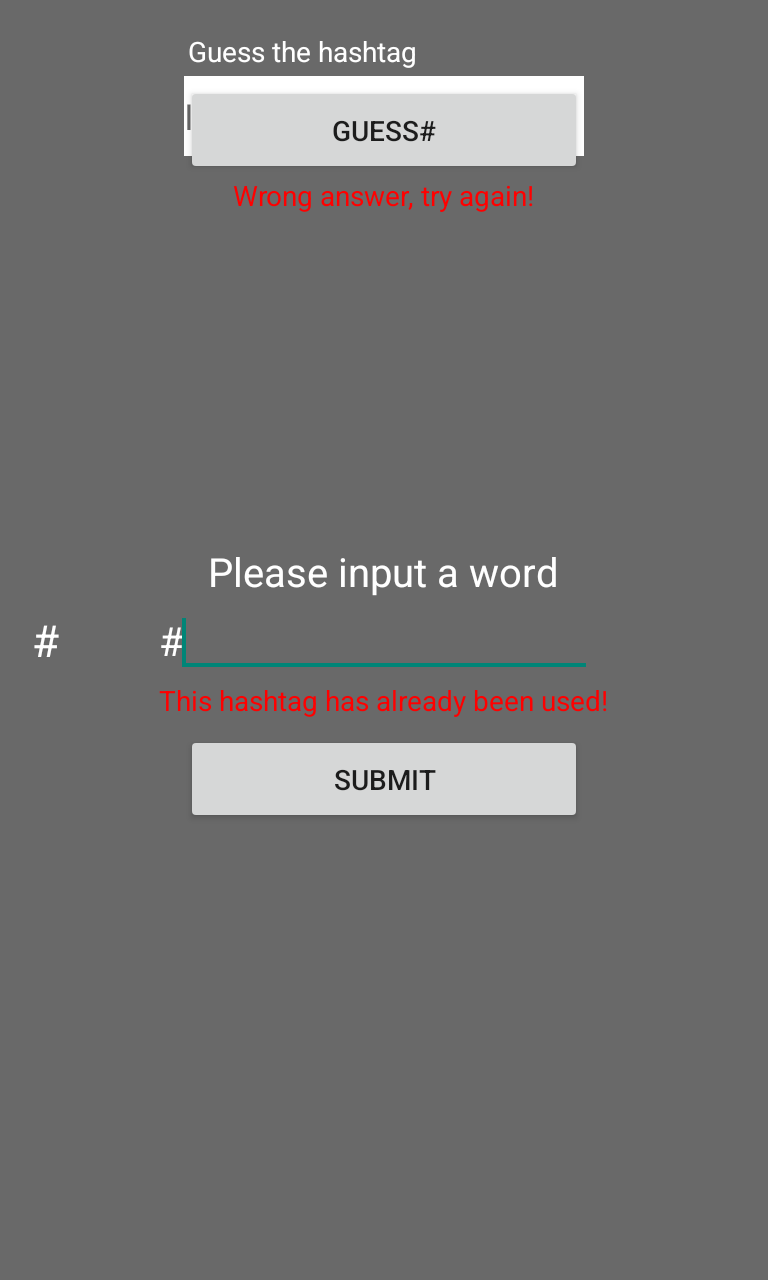
Repository: Hannanina/GuessTag
Layout: GuessTag/res/layout/activity_input_tag.xml
An editor plug-in stored every save of this project. The layout is shown before and after a run of saves, followed by the edit.
It is drawn on a 768 x 1280 px phone screen (xhdpi) without system bars, with theme AppTheme; the app's code is not run.

Above is the layout before, as saved 2014-12-17 11:34:55.

### GuessTag/res/layout/activity_input_tag.xml
<RelativeLayout xmlns:android="http://schemas.android.com/apk/res/android"
    xmlns:tools="http://schemas.android.com/tools"
    android:layout_width="match_parent"
    android:layout_height="match_parent"
    android:paddingBottom="@dimen/activity_vertical_margin"
    android:paddingLeft="@dimen/activity_horizontal_margin"
    android:paddingRight="@dimen/activity_horizontal_margin"
    android:paddingTop="@dimen/activity_vertical_margin"
    android:background="@color/DimGray"
    tools:context="com.example.guesstag.InputTagActivity" >

    <LinearLayout
        android:id="@+id/input_container"
        android:orientation="vertical"
        android:layout_width="200dp"
        android:layout_height="72dp"
        android:layout_centerHorizontal="true"
        android:layout_below="@+id/bottom_image_container" >
   		<TextView
        	android:id="@+id/guess_the_hashtag"
        	android:layout_width="wrap_content"
	    	android:layout_height="wrap_content"
	    	android:layout_marginLeft="2dp"
	    	android:layout_marginBottom="3dp"
	    	android:text="@string/guess_the_hashtag"
	    	android:textColor="@color/White">
    	</TextView>
    	<EditText
        	android:id="@+id/input_game_name"
        	android:layout_width="match_parent"
        	android:layout_height="40dp"
        	android:layout_gravity="center"
        	android:background="@color/White"
        	android:ems="10"
        	android:hint="@string/input_game_name" >
        	<requestFocus />
    	</EditText>
    </LinearLayout>
    <TextView
        android:id="@+id/hashtag_sign"
        android:layout_width="wrap_content"
        android:layout_height="wrap_content"
        android:layout_toLeftOf="@+id/input_container"
        android:layout_centerVertical="true"
        android:text="@string/hashtag_sign"
        android:textSize="20sp"
     	android:textColor="@color/White" >
    </TextView>
    <TextView
       	android:id="@+id/used_tag"
        android:layout_width="wrap_content"
        android:layout_height="wrap_content"
        android:layout_centerHorizontal="true"
        android:layout_below="@+id/input_container"
        android:text="@string/wrong_answer"
        android:textColor="@color/Red"
        android:textAppearance="?android:attr/textAppearanceSmall" >
    </TextView>
    <Button
        android:id="@+id/buttonSubmit"
  	    android:layout_width="200dp"
	    android:layout_height="48dp"
        android:layout_below="@+id/wrong_answer"
        android:layout_centerHorizontal="true"
        android:layout_marginTop="25dp"
        android:text="@string/guess_tag"
        android:onClick="onClickSubmit" >
    </Button>




    <TextView
        android:id="@+id/textView1"
        android:layout_width="wrap_content"
        android:layout_height="wrap_content"
        android:textSize="20sp"
        android:layout_above="@+id/inputText"
        android:layout_centerHorizontal="true"
  	    android:textColor="@color/White"
        android:text="Please input a word" />

    <TextView
        android:id="@+id/textView2"
        android:layout_width="wrap_content"
        android:layout_height="wrap_content"
        android:layout_alignParentLeft="true"
        android:layout_centerVertical="true"
        android:text="#"
     	android:textColor="@color/White"
        android:textAppearance="?android:attr/textAppearanceLarge" />

    <EditText
        android:id="@+id/inputText"
        android:layout_width="wrap_content"
        android:layout_height="wrap_content"
        android:layout_alignBaseline="@+id/textView2"
        android:layout_alignBottom="@+id/textView2"
        android:layout_centerHorizontal="true"
        android:ems="10" >
        <requestFocus />
    </EditText>

    <Button
        android:id="@+id/buttonSubmit"
  	    android:layout_width="200dp"
	    android:layout_height="48dp"
        android:layout_below="@+id/inputText"
        android:layout_centerHorizontal="true"
        android:layout_marginTop="25dp"
        android:text="submit"
        android:onClick="onClickSubmit" />

    <TextView
        android:id="@+id/textView3"
        android:layout_width="wrap_content"
        android:layout_height="wrap_content"
        android:layout_below="@+id/inputText"
        android:layout_centerHorizontal="true"
        android:text="This hashtag has already been used!"
        android:textColor="#ff0000"
        android:textAppearance="?android:attr/textAppearanceSmall" />

</RelativeLayout>

### GuessTag/res/values/colors.xml
<?xml version="1.0" encoding="utf-8"?>
<resources>
 <color name="white">#FFFFFF</color>
 <color name="yellow">#FFFF00</color>
 <color name="fuchsia">#FF00FF</color>
 <color name="red">#FF0000</color>
 <color name="silver">#C0C0C0</color>
 <color name="gray">#808080</color>
 <color name="olive">#808000</color>
 <color name="purple">#800080</color>
 <color name="maroon">#800000</color>
 <color name="aqua">#00FFFF</color>
 <color name="lime">#00FF00</color>
 <color name="teal">#008080</color>
 <color name="green">#008000</color>
 <color name="blue">#0000FF</color>
 <color name="navy">#000080</color>
 <color name="black">#000000</color>


 <color name="White">#FFFFFF</color>
 <color name="Ivory">#FFFFF0</color>
 <color name="LightYellow">#FFFFE0</color>
 <color name="Yellow">#FFFF00</color>
 <color name="Snow">#FFFAFA</color>
 <color name="FloralWhite">#FFFAF0</color>
 <color name="LemonChiffon">#FFFACD</color>
 <color name="Cornsilk">#FFF8DC</color>
 <color name="Seashell">#FFF5EE</color>
 <color name="LavenderBlush">#FFF0F5</color>
 <color name="PapayaWhip">#FFEFD5</color>
 <color name="BlanchedAlmond">#FFEBCD</color>
 <color name="MistyRose">#FFE4E1</color>
 <color name="Bisque">#FFE4C4</color>
 <color name="Moccasin">#FFE4B5</color>
 <color name="NavajoWhite">#FFDEAD</color>
 <color name="PeachPuff">#FFDAB9</color>
 <color name="Gold">#FFD700</color>
 <color name="Pink">#FFC0CB</color>
 <color name="LightPink">#FFB6C1</color>
 <color name="Orange">#FFA500</color>
 <color name="LightSalmon">#FFA07A</color>
 <color name="DarkOrange">#FF8C00</color>
 <color name="Coral">#FF7F50</color>
 <color name="HotPink">#FF69B4</color>
 <color name="Tomato">#FF6347</color>
 <color name="OrangeRed">#FF4500</color>
 <color name="DeepPink">#FF1493</color>
 <color name="Fuchsia">#FF00FF</color>
 <color name="Magenta">#FF00FF</color>
 <color name="Red">#FF0000</color>
 <color name="OldLace">#FDF5E6</color>
 <color name="LightGoldenrodYellow">#FAFAD2</color>
 <color name="Linen">#FAF0E6</color>
 <color name="AntiqueWhite">#FAEBD7</color>
 <color name="Salmon">#FA8072</color>
 <color name="GhostWhite">#F8F8FF</color>
 <color name="MintCream">#F5FFFA</color>
 <color name="WhiteSmoke">#F5F5F5</color>
 <color name="Beige">#F5F5DC</color>
 <color name="Wheat">#F5DEB3</color>
 <color name="SandyBrown">#F4A460</color>
 <color name="Azure">#F0FFFF</color>
 <color name="Honeydew">#F0FFF0</color>
 <color name="AliceBlue">#F0F8FF</color>
 <color name="Khaki">#F0E68C</color>
 <color name="LightCoral">#F08080</color>
 <color name="PaleGoldenrod">#EEE8AA</color>
 <color name="Violet">#EE82EE</color>
 <color name="DarkSalmon">#E9967A</color>
 <color name="Lavender">#E6E6FA</color>
 <color name="LightCyan">#E0FFFF</color>
 <color name="BurlyWood">#DEB887</color>
 <color name="Plum">#DDA0DD</color>
 <color name="Gainsboro">#DCDCDC</color>
 <color name="Crimson">#DC143C</color>
 <color name="PaleVioletRed">#DB7093</color>
 <color name="Goldenrod">#DAA520</color>
 <color name="Orchid">#DA70D6</color>
 <color name="Thistle">#D8BFD8</color>
 <color name="LightGrey">#D3D3D3</color>
 <color name="Tan">#D2B48C</color>
 <color name="Chocolate">#D2691E</color>
 <color name="Peru">#CD853F</color>
 <color name="IndianRed">#CD5C5C</color>
 <color name="MediumVioletRed">#C71585</color>
 <color name="Silver">#C0C0C0</color>
 <color name="DarkKhaki">#BDB76B</color>
 <color name="RosyBrown">#BC8F8F</color>
 <color name="MediumOrchid">#BA55D3</color>
 <color name="DarkGoldenrod">#B8860B</color>
 <color name="FireBrick">#B22222</color>
 <color name="PowderBlue">#B0E0E6</color>
 <color name="LightSteelBlue">#B0C4DE</color>
 <color name="PaleTurquoise">#AFEEEE</color>
 <color name="GreenYellow">#ADFF2F</color>
 <color name="LightBlue">#ADD8E6</color>
 <color name="DarkGray">#A9A9A9</color>
 <color name="Brown">#A52A2A</color>
 <color name="Sienna">#A0522D</color>
 <color name="YellowGreen">#9ACD32</color>
 <color name="DarkOrchid">#9932CC</color>
 <color name="PaleGreen">#98FB98</color>
 <color name="DarkViolet">#9400D3</color>
 <color name="MediumPurple">#9370DB</color>
 <color name="LightGreen">#90EE90</color>
 <color name="DarkSeaGreen">#8FBC8F</color>
 <color name="SaddleBrown">#8B4513</color>
 <color name="DarkMagenta">#8B008B</color>
 <color name="DarkRed">#8B0000</color>
 <color name="BlueViolet">#8A2BE2</color>
 <color name="LightSkyBlue">#87CEFA</color>
 <color name="SkyBlue">#87CEEB</color>
 <color name="Gray">#808080</color>
 <color name="Olive">#808000</color>
 <color name="Purple">#800080</color>
 <color name="Maroon">#800000</color>
 <color name="Aquamarine">#7FFFD4</color>
 <color name="Chartreuse">#7FFF00</color>
 <color name="LawnGreen">#7CFC00</color>
 <color name="MediumSlateBlue">#7B68EE</color>
 <color name="LightSlateGray">#778899</color>
 <color name="SlateGray">#708090</color>
 <color name="OliveDrab">#6B8E23</color>
 <color name="SlateBlue">#6A5ACD</color>
 <color name="DimGray">#696969</color>
 <color name="MediumAquamarine">#66CDAA</color>
 <color name="CornflowerBlue">#6495ED</color>
 <color name="CadetBlue">#5F9EA0</color>
 <color name="DarkOliveGreen">#556B2F</color>
 <color name="Indigo">#4B0082</color>
 <color name="MediumTurquoise">#48D1CC</color>
 <color name="DarkSlateBlue">#483D8B</color>
 <color name="SteelBlue">#4682B4</color>
 <color name="RoyalBlue">#4169E1</color>
 <color name="Turquoise">#40E0D0</color>
 <color name="MediumSeaGreen">#3CB371</color>
 <color name="LimeGreen">#32CD32</color>
 <color name="DarkSlateGray">#2F4F4F</color>
 <color name="SeaGreen">#2E8B57</color>
 <color name="ForestGreen">#228B22</color>
 <color name="LightSeaGreen">#20B2AA</color>
 <color name="DodgerBlue">#1E90FF</color>
 <color name="MidnightBlue">#191970</color>
 <color name="Aqua">#00FFFF</color>
 <color name="Cyan">#00FFFF</color>
 <color name="SpringGreen">#00FF7F</color>
 <color name="Lime">#00FF00</color>
 <color name="MediumSpringGreen">#00FA9A</color>
 <color name="DarkTurquoise">#00CED1</color>
 <color name="DeepSkyBlue">#00BFFF</color>
 <color name="DarkCyan">#008B8B</color>
 <color name="Teal">#008080</color>
 <color name="Green">#008000</color>
 <color name="DarkGreen">#006400</color>
 <color name="Blue">#0000FF</color>
 <color name="MediumBlue">#0000CD</color>
 <color name="DarkBlue">#00008B</color>
 <color name="Navy">#000080</color>
 <color name="Black">#000000</color>
</resources>

### GuessTag/res/values/strings.xml
<?xml version="1.0" encoding="utf-8"?>
<resources>

    <string name="app_name">guess#</string>
    <string name="hello_world">Hello world!</string>
    <string name="action_settings">Settings</string>

    <!-- BACK BUTTON -->
    <string name="button_back">Back</string>

    <!-- START ACTIVITY -->
    <string name="start_heading">guess#</string>
    <string name="button_start">New game</string>
    <string name="button_highscore">Highscore</string>
    <string name="button_rules">Rules</string>
    <string name="title_activity_rules">RulesActivity</string>

    <!-- RULES ACTIVITY -->
    <string name="rules_heading">Rules</string>
    <string name="rules_text">Lorem ipsum dolor sit amet, consectetuer adipiscing elit, sed diam nonummy nibh euismod tincidunt ut laoreet dolore magna aliquam erat volutpat. Ut wisi enim ad minim veniam, quis nostrud exerci tation ullamcorper suscipit lobortis nisl ut aliquip ex ea commodo consequat. Duis autem vel eum iriure dolor in hendrerit in vulputate velit esse molestie consequat, vel illum dolore eu feugiat nulla facilisis at vero eros et accumsan et iusto odio dignissim qui blandit praesent luptatum zzril delenit augue duis dolore te feugait nulla facilisi. Nam liber tempor cum soluta nobis eleifend option congue nihil imperdiet doming id quod mazim placerat facer possim assum. Typi non habent claritatem insitam; est usus legentis in iis qui facit eorum claritatem. Investigationes demonstraverunt lectores legere me lius quod ii legunt saepius. Claritas est etiam processus dynamicus, qui sequitur mutationem consuetudium lectorum. Mirum est notare quam littera gothica, quam nunc putamus parum claram, anteposuerit litterarum formas humanitatis per seacula quarta decima et quinta decima. Eodem modo typi, qui nunc nobis videntur parum clari, fiant sollemnes in futurum.</string>

    <!-- NEW ACTIVITY -->
    <string name="new_heading">New game</string>
    <string name="button_host">Host game</string>
    <string name="button_join">Join game</string>

    <!-- HOST ACTIVITY -->
    <string name="host_heading">Host game</string>
    <string name="game_name_instruction">Input game name</string>
    <string name="difficulty_setting_instruction">Set difficulty</string>
    <string name="input_game_name">Input game name</string>
    <string name="difficulty_setting_level">medium</string>
    <string name="button_create">Create game</string>

    <!-- WAIT HOST ACTIVITY -->
    <string name="host_wait_heading">Host game</string>
    <string name="waiting_for_players">Waiting for players.</string>
    <string name="button_start_game">Start game</string>

    <!-- WAIT GUEST ACTIVITY -->
    <string name="guest_wait_heading">Join game</string>
    <string name="waiting_for_host">Waiting for host.</string>

    <!-- INPUT TAG ACTIVITY -->
    <string name="title_activity_input_tag">InputTagActivity</string>
    <string name="title_activity_select_tagger">SelectTaggerActivity</string>

    <!-- TIMER ACTIVITY -->
    <string name="title_activity_timer">TimerActivity</string>
    <string name="title_activity_host">HostActivity</string>
    <string name="title_activity_guess_tag">GuessTagActivity</string>
    <string name="title_activity_result_round">ResultRoundActivity</string>
    <string name="title_activity_join_game">JoinGameActivity</string>
    <string name="title_activity_result_final">ResultFinalActivity</string>

    <!-- GUESS TAG ACTIVITY -->
    <string name="guess_the_hashtag">Guess the hashtag</string>
    <string name="wrong_answer">Wrong answer, try again!</string>
    <string name="hashtag_sign">#</string>
    <string name="guess_tag">Guess#</string>
    <string name="image_one">Image 1</string>
    <string name="image_two">Image 2</string>
    <string name="image_three">Image 3</string>
    <string name="image_four">Image 4</string>
    <string name="image_five">Image 5</string>
    <string name="image_six">Image 6</string>

    <!-- HIGHSCORE ACTIVITY -->
    <string name="title_activity_highscore">Highscore List</string>
    <string name="title_section1">Easy</string>
    <string name="title_section2">Medium</string>
    <string name="title_section3">Hard</string>
    <string name="title_activity_wait_host">WaitHostActivity</string>
    <string name="title_activity_wait_guest">WaitGuestActivity</string>

    <!-- RESULT FINAL ACTIVITY -->
    <string name="final_result">Final result</string>
    <string name="button_end">End game</string>

    <!-- HIGHSCORE LIST ITEM -->
    <string name="game_name">game name</string>
    <string name="nr_of_guesses">55</string>
    <string name="total_time_spent">3:46</string>
    <string name="points">104</string>

    <!-- USER NAME POPUP -->
    <string name="choose_an_alias">Choose an alias</string>
    <string name="button_ok">OK</string>
    <string name="input_alias">alias</string>

        <string name="image_view_1">ImageView1</string>


</resources>

Loaded but not shown: GuessTag/res/values/styles.xml (common file); GuessTag/res/values-v11/styles.xml (common file); GuessTag/res/values-v14/styles.xml (common file); GuessTag/res/values/dimens.xml (common file); GuessTag/res/values-w820dp/dimens.xml (common file)

After the next 2 saves:
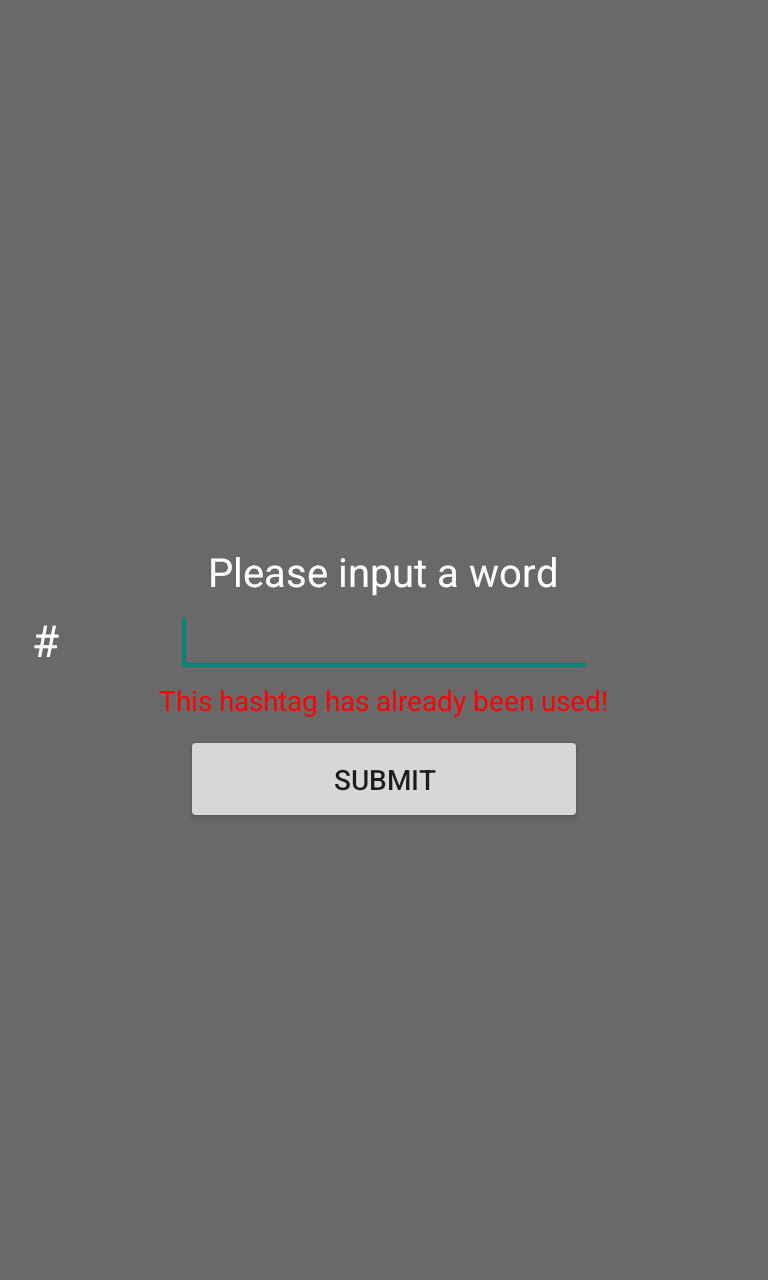
The 2 saves are shown as one change because 1 did not build or start.
The last was saved 55 s later.
--- a/GuessTag/res/layout/activity_input_tag.xml
+++ b/GuessTag/res/layout/activity_input_tag.xml
@@ -8,67 +8,6 @@
     android:paddingTop="@dimen/activity_vertical_margin"
     android:background="@color/DimGray"
     tools:context="com.example.guesstag.InputTagActivity" >
-
-    <LinearLayout
-        android:id="@+id/input_container"
-        android:orientation="vertical"
-        android:layout_width="200dp"
-        android:layout_height="72dp"
-        android:layout_centerHorizontal="true"
-        android:layout_below="@+id/bottom_image_container" >
-   		<TextView
-        	android:id="@+id/guess_the_hashtag"
-        	android:layout_width="wrap_content"
-	    	android:layout_height="wrap_content"
-	    	android:layout_marginLeft="2dp"
-	    	android:layout_marginBottom="3dp"
-	    	android:text="@string/guess_the_hashtag"
-	    	android:textColor="@color/White">
-    	</TextView>
-    	<EditText
-        	android:id="@+id/input_game_name"
-        	android:layout_width="match_parent"
-        	android:layout_height="40dp"
-        	android:layout_gravity="center"
-        	android:background="@color/White"
-        	android:ems="10"
-        	android:hint="@string/input_game_name" >
-        	<requestFocus />
-    	</EditText>
-    </LinearLayout>
-    <TextView
-        android:id="@+id/hashtag_sign"
-        android:layout_width="wrap_content"
-        android:layout_height="wrap_content"
-        android:layout_toLeftOf="@+id/input_container"
-        android:layout_centerVertical="true"
-        android:text="@string/hashtag_sign"
-        android:textSize="20sp"
-     	android:textColor="@color/White" >
-    </TextView>
-    <TextView
-       	android:id="@+id/used_tag"
-        android:layout_width="wrap_content"
-        android:layout_height="wrap_content"
-        android:layout_centerHorizontal="true"
-        android:layout_below="@+id/input_container"
-        android:text="@string/wrong_answer"
-        android:textColor="@color/Red"
-        android:textAppearance="?android:attr/textAppearanceSmall" >
-    </TextView>
-    <Button
-        android:id="@+id/buttonSubmit"
-  	    android:layout_width="200dp"
-	    android:layout_height="48dp"
-        android:layout_below="@+id/wrong_answer"
-        android:layout_centerHorizontal="true"
-        android:layout_marginTop="25dp"
-        android:text="@string/guess_tag"
-        android:onClick="onClickSubmit" >
-    </Button>
-
-
-
 
     <TextView
         android:id="@+id/textView1"
